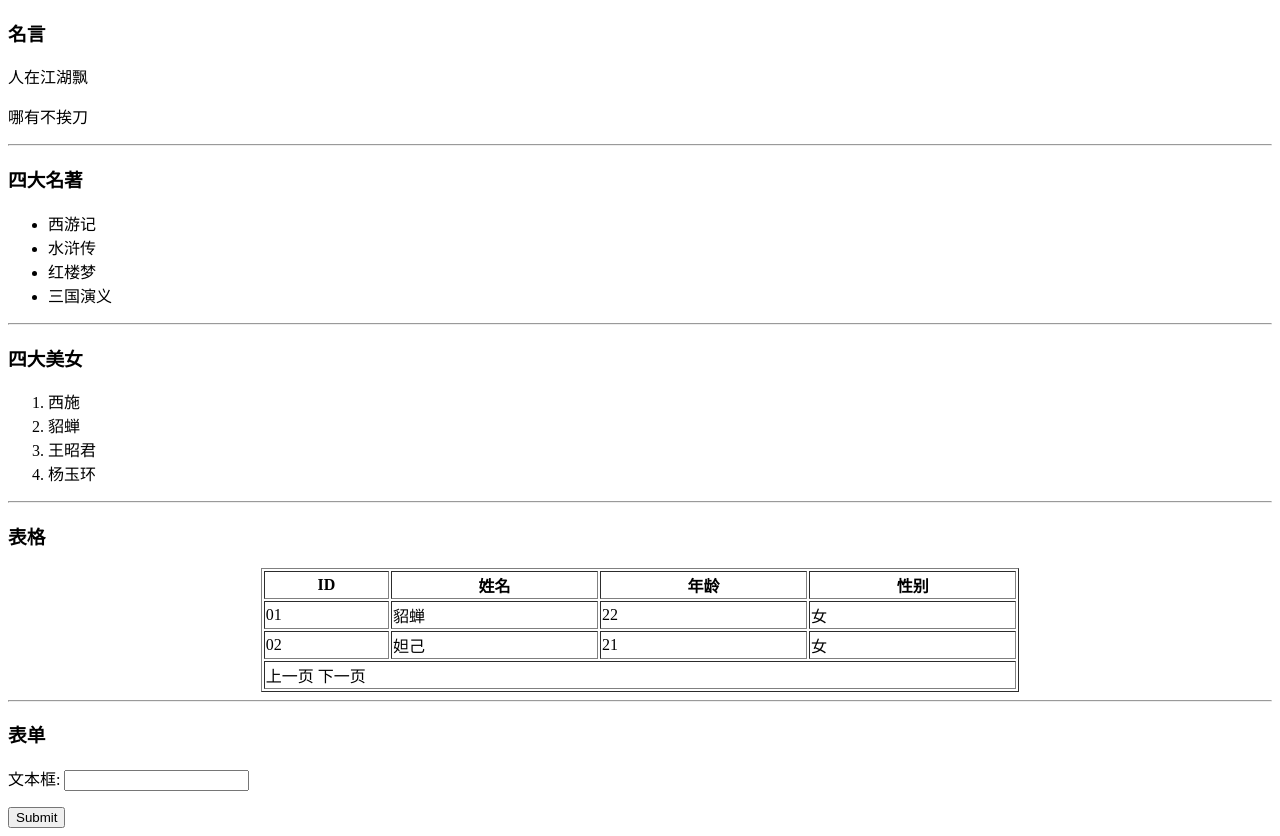
Repository: qyl1006/JavaApps
Page: workspace/html/WebContent/hello/practice.html
The author's editor kept a copy of each file at every save. The page is drawn from the files as they stood at one save, then again after the next save.
The browser window is 1280 px wide. The pictures show the whole page.

Above is the page before, as saved 2018-02-26 05:41:54.

### workspace/html/WebContent/hello/practice.html
<!DOCTYPE html PUBLIC "-//W3C//DTD HTML 4.01 Transitional//EN" "http://www.w3.org/TR/html4/loose.dtd">
<html>
<head>
<meta http-equiv="Content-Type" content="text/html; charset=UTF-8">
<title>标签名</title>
</head>
<body>
	<h3>名言</h3>
	<p>人在江湖飘 </p>
	<p>哪有不挨刀</p>

	<hr/>

	<h3>四大名著</h3>
	<!--无序列表 -->
	<ul>
		<li>西游记</li>
		<li>水浒传</li>
		<li>红楼梦</li>
		<li>三国演义</li>
	</ul>

	<hr>

	<h3>四大美女</h3>
	<!-- 有序列表  -->
	<ol>
		<li>西施</li>
		<li>貂蝉</li>
		<li>王昭君</li>
		<li>杨玉环</li>
	</ol>

	<hr>

	<h3>表格</h3>
	<table border="1" align="center" width="60%">
		<tr>
			<th>ID</th>
			<th>姓名</th>
			<th>年龄</th>
			<th>性别</th>
		</tr>
		<tr>
			<td>01</td>
			<td>貂蝉</td>
			<td>22</td>
			<td>女</td>
		</tr>
		<tr>
			<td>02</td>
			<td>妲己</td>
			<td>21</td>
			<td>女</td>
		</tr>
		<tr>
			<td colspan="4">上一页 下一页</td>
		</tr>
	</table>

	<hr>

	<h3>表单</h3>
	<form action="#" method="get">
		<P>文本框: <input type="text" name="username"/></P>
		<input type="submit"/>
	</form>
</body>
</html>

After the next save:
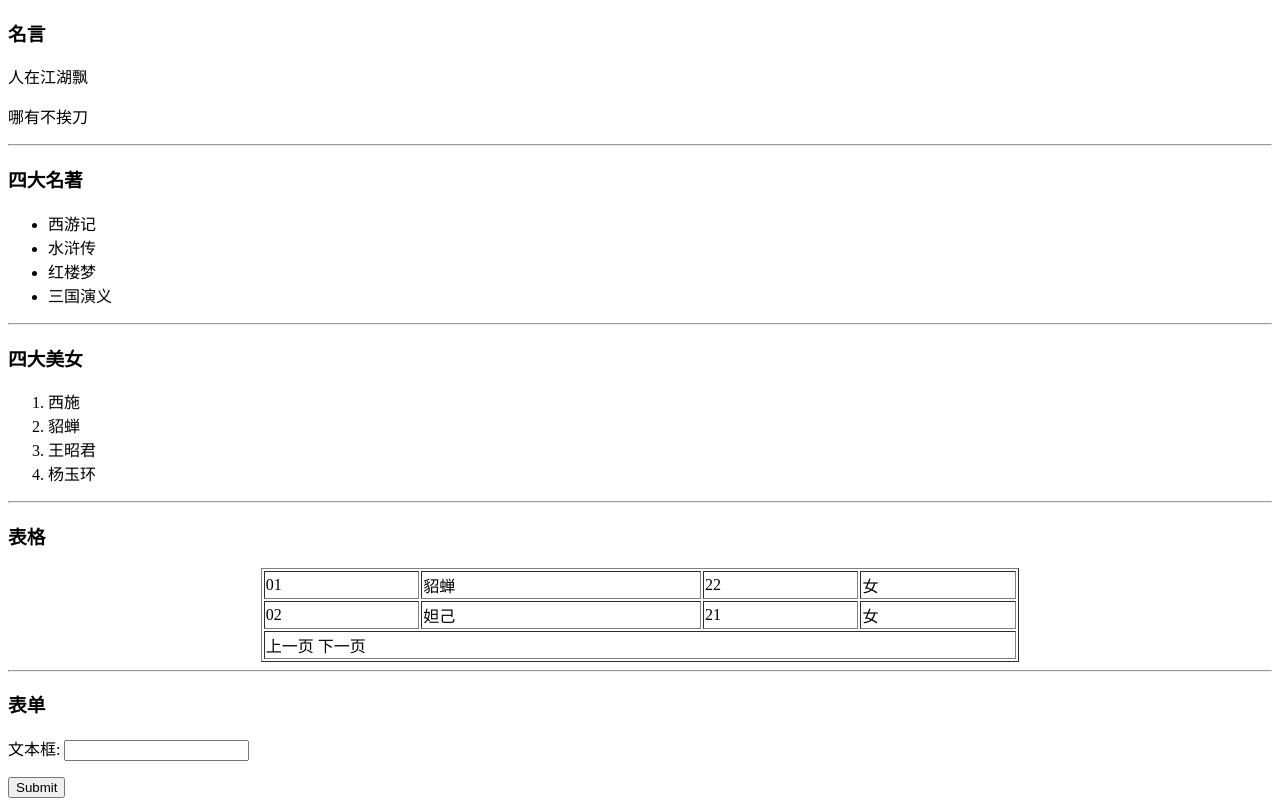
Saved 14 min 54 s later.
--- a/workspace/html/WebContent/hello/practice.html
+++ b/workspace/html/WebContent/hello/practice.html
@@ -35,12 +35,7 @@
 
 	<h3>表格</h3>
 	<table border="1" align="center" width="60%">
-		<tr>
-			<th>ID</th>
-			<th>姓名</th>
-			<th>年龄</th>
-			<th>性别</th>
-		</tr>
+
 		<tr>
 			<td>01</td>
 			<td>貂蝉</td>

After the save that followed:
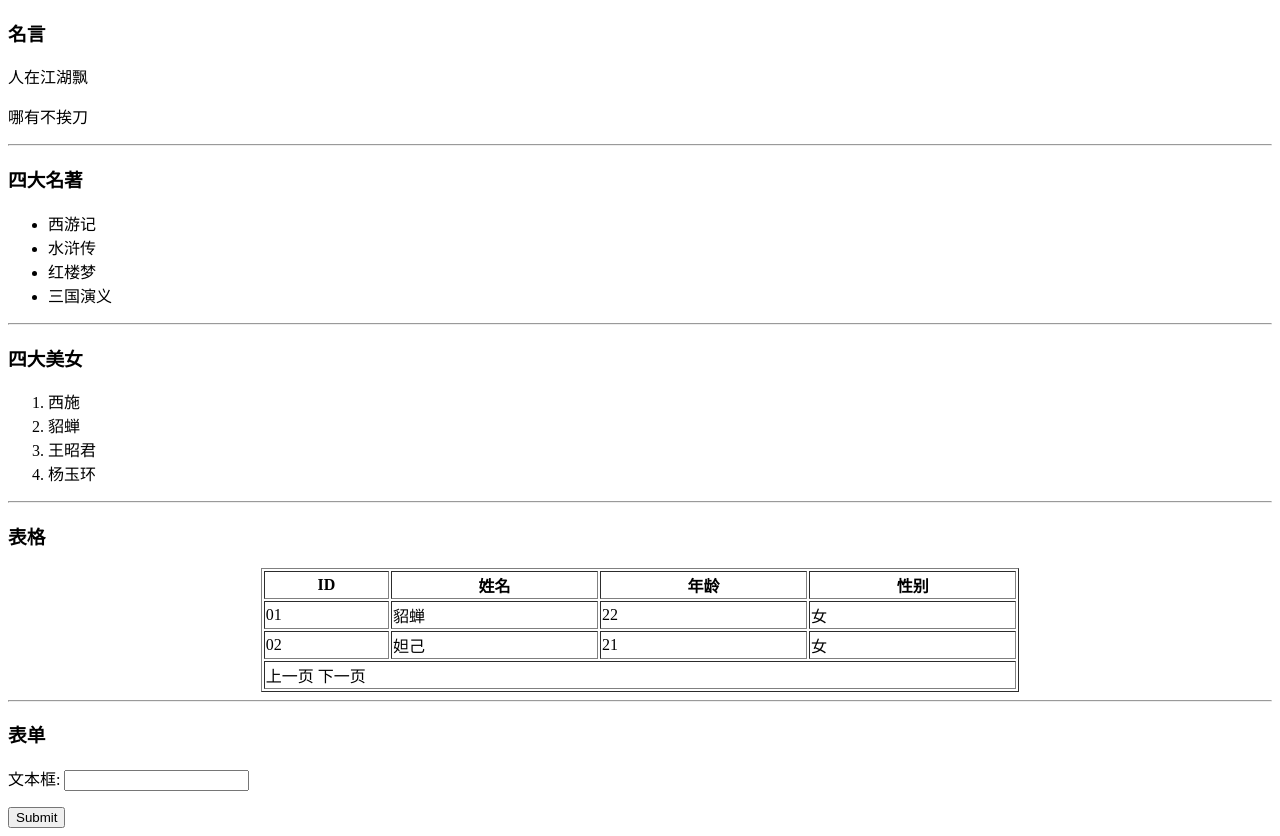
Saved 9 s later.
--- a/workspace/html/WebContent/hello/practice.html
+++ b/workspace/html/WebContent/hello/practice.html
@@ -35,7 +35,12 @@
 
 	<h3>表格</h3>
 	<table border="1" align="center" width="60%">
-
+		<tr>
+			<th>ID</th>
+			<th>姓名</th>
+			<th>年龄</th>
+			<th>性别</th>
+		</tr>
 		<tr>
 			<td>01</td>
 			<td>貂蝉</td>
